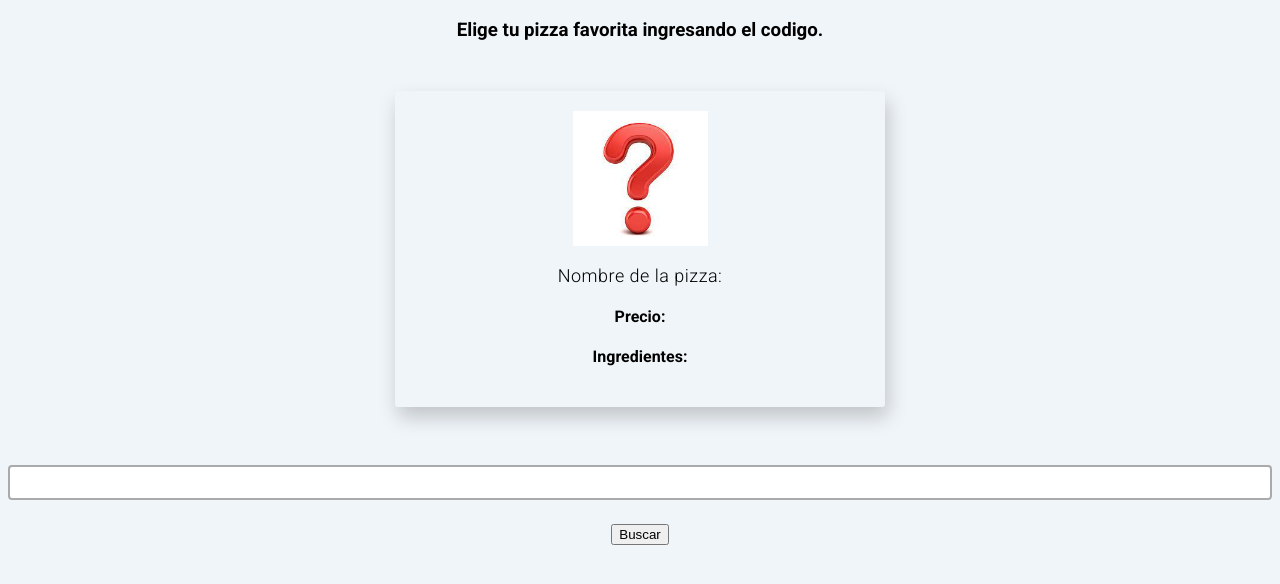
Repository: lucas-itup/E1-JAVASCRIPT
Page: index.html
These files come from the project's save history. The page is drawn as it stood at one moment and after the next save; the edit follows.
The browser window is 1280 px wide. The pictures show the whole page.
Some web libraries are served in a nearby version.

Above is the page before, as saved 2022-09-27 23:03:25.

After the next save:
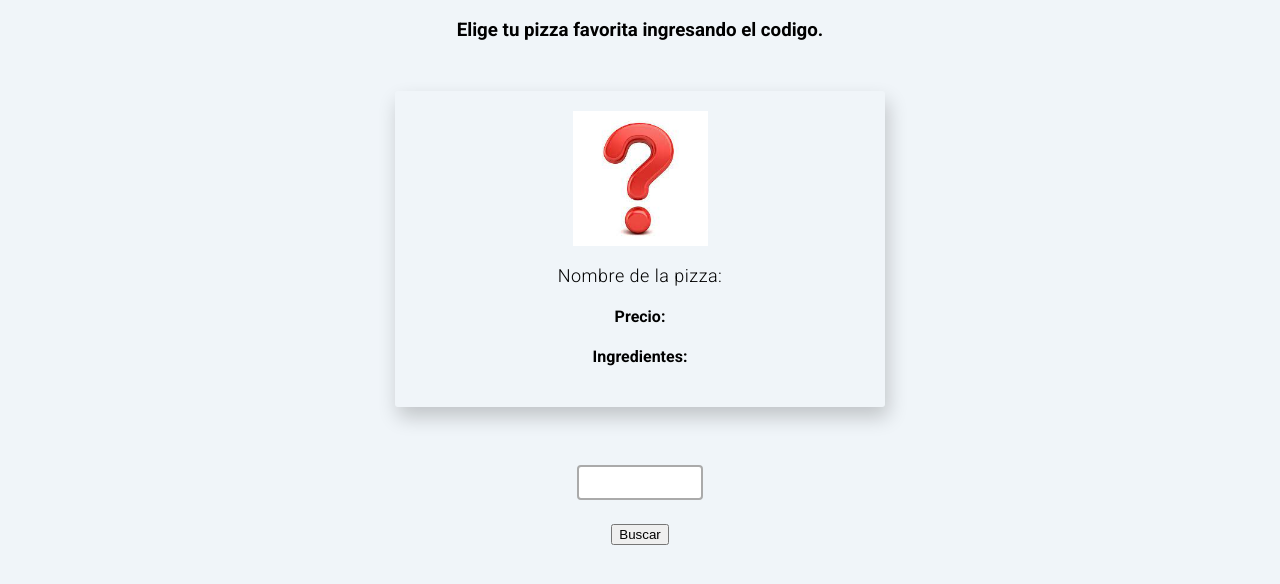
Saved 33 s later.
--- a/stylesheet/styles.css
+++ b/stylesheet/styles.css
@@ -4,7 +4,7 @@ body {
 }
 
 input[type=number] {
-    width: 100%;
+    width: 10%;
     border: 2px solid #aaa;
     border-radius: 4px;
     margin: 8px 0;
